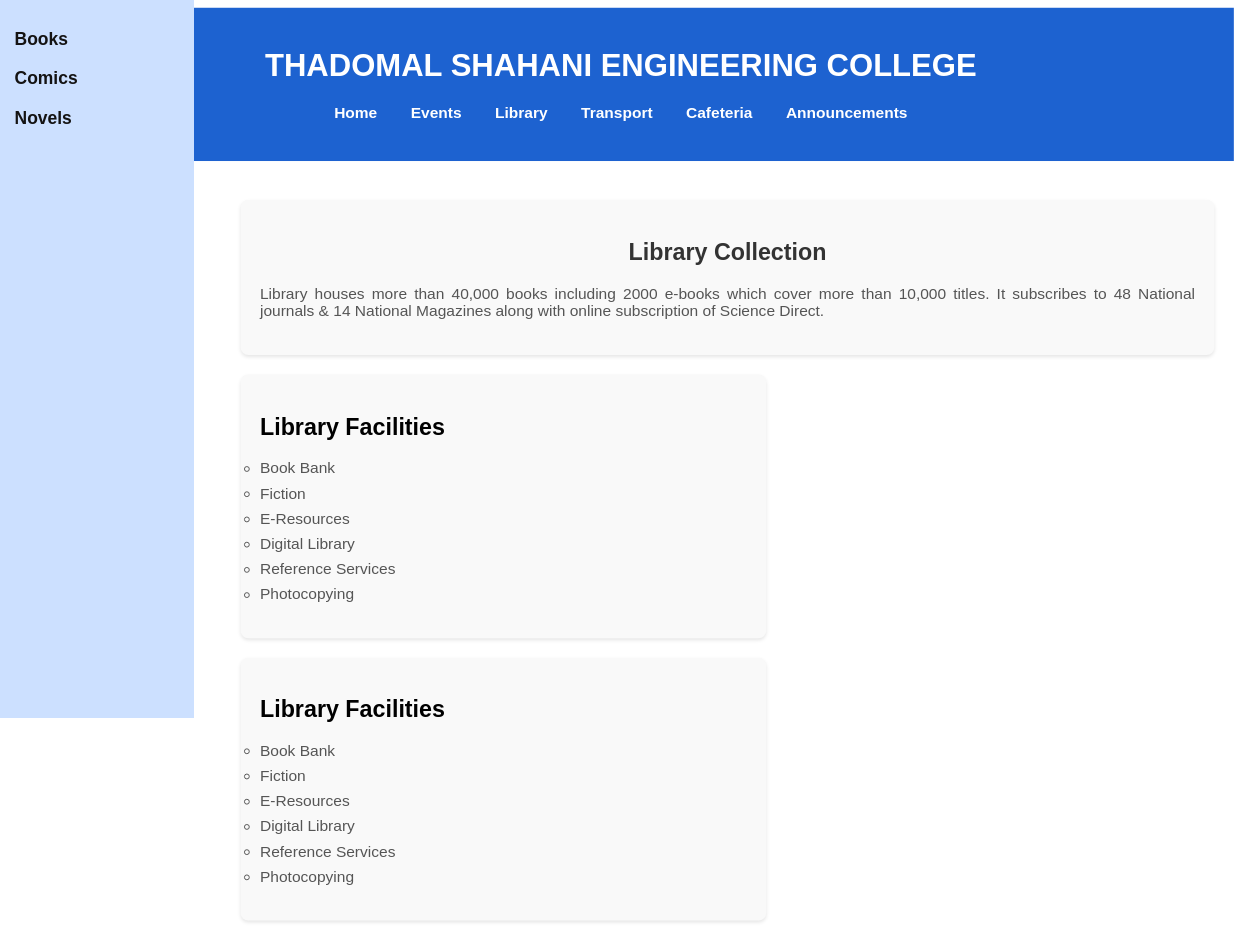
Repository: TejasS1233/MINITHON-hackathon-project
Page: Rishit.html
The author's editor kept a copy of each file at every save. The page is drawn from the files as they stood at one save, then again after the next save.
The browser window is 1280 px wide. The pictures show the whole page, at 97% of full size.

Above is the page before, as saved 2024-09-20 14:23:19.

After the next save:
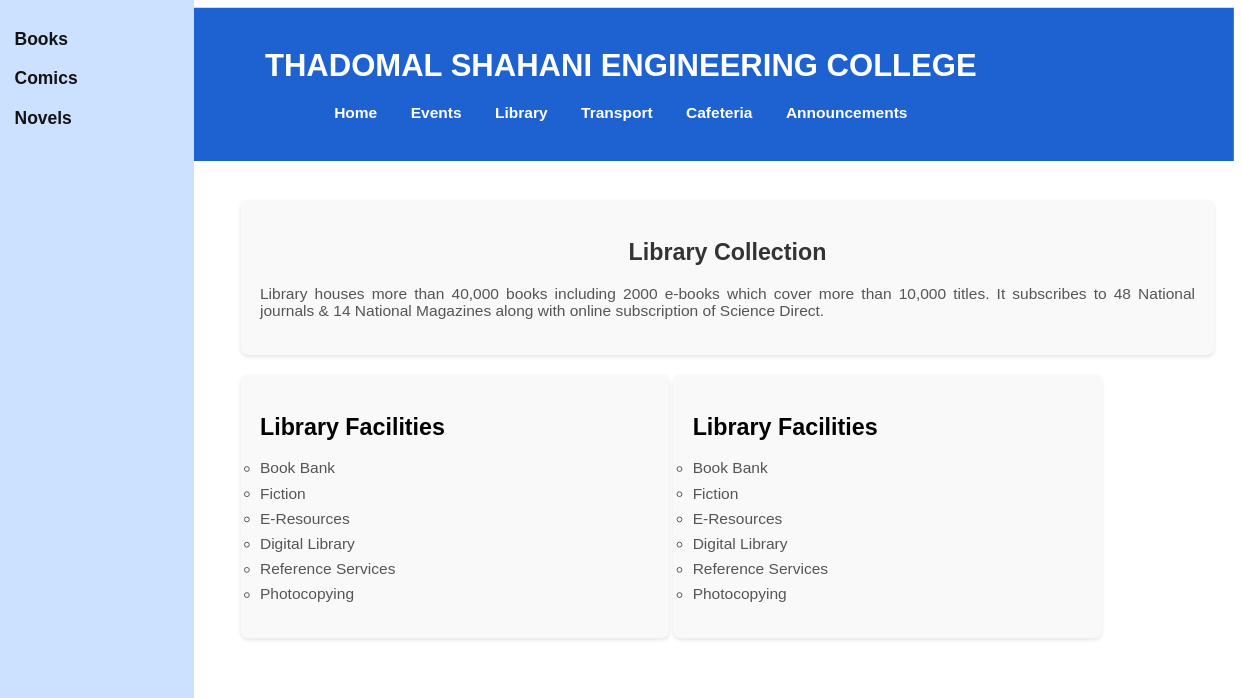
Saved 5 s later.
--- a/Rishit.html
+++ b/Rishit.html
@@ -82,9 +82,9 @@
             border-radius: 8px;
             box-shadow: 0 2px 4px rgba(0, 0, 0, 0.1);
             margin-top: 20px;
-            width: 50%;
+            width: 40%;
             display: inline-block;
-            margin-right: 50px;
+            margin-right: px;
         }
 
         .facilities-container ul {

After the save that followed:
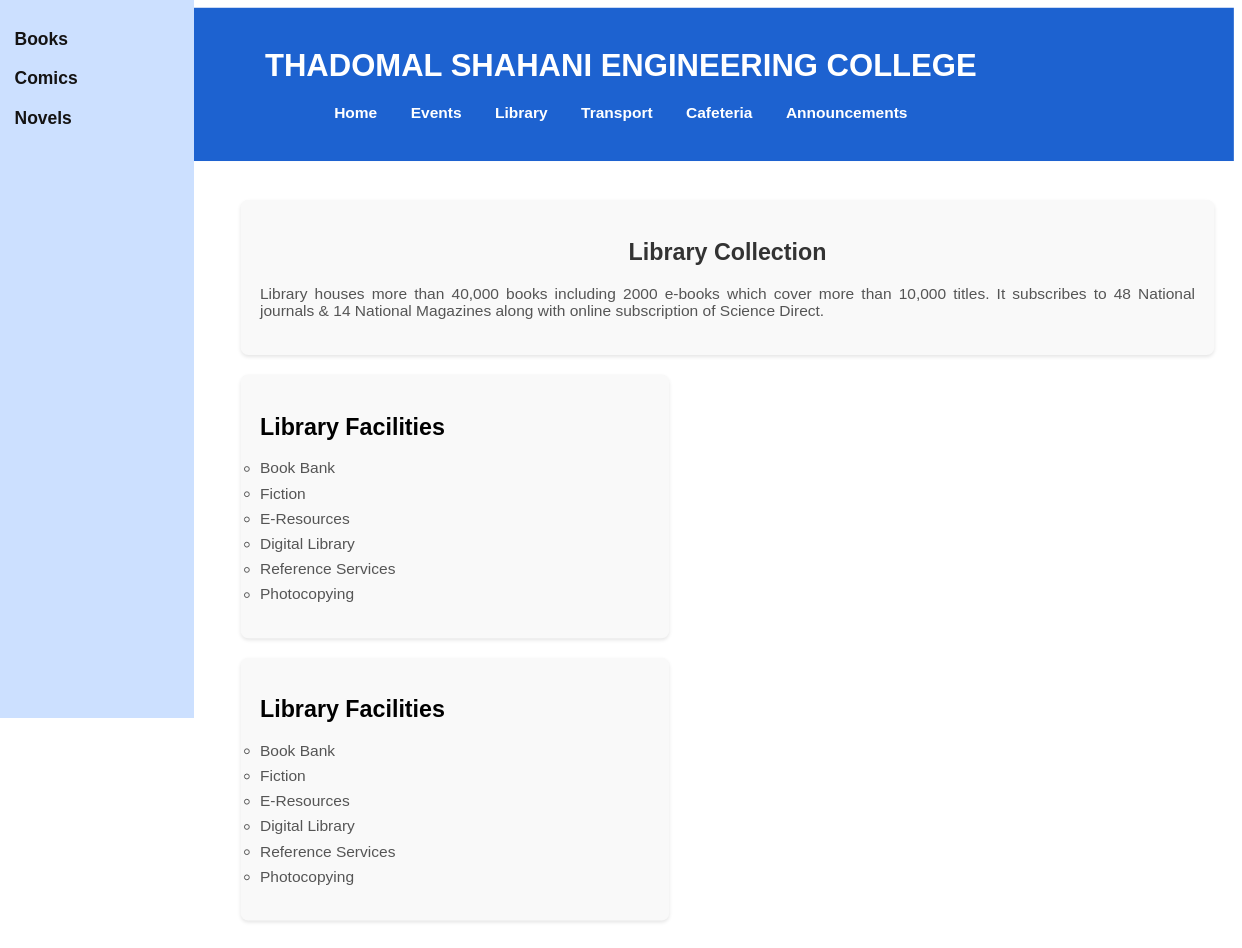
Saved 7 s later.
--- a/Rishit.html
+++ b/Rishit.html
@@ -84,7 +84,7 @@
             margin-top: 20px;
             width: 40%;
             display: inline-block;
-            margin-right: px;
+            margin-right: 100px;
         }
 
         .facilities-container ul {
